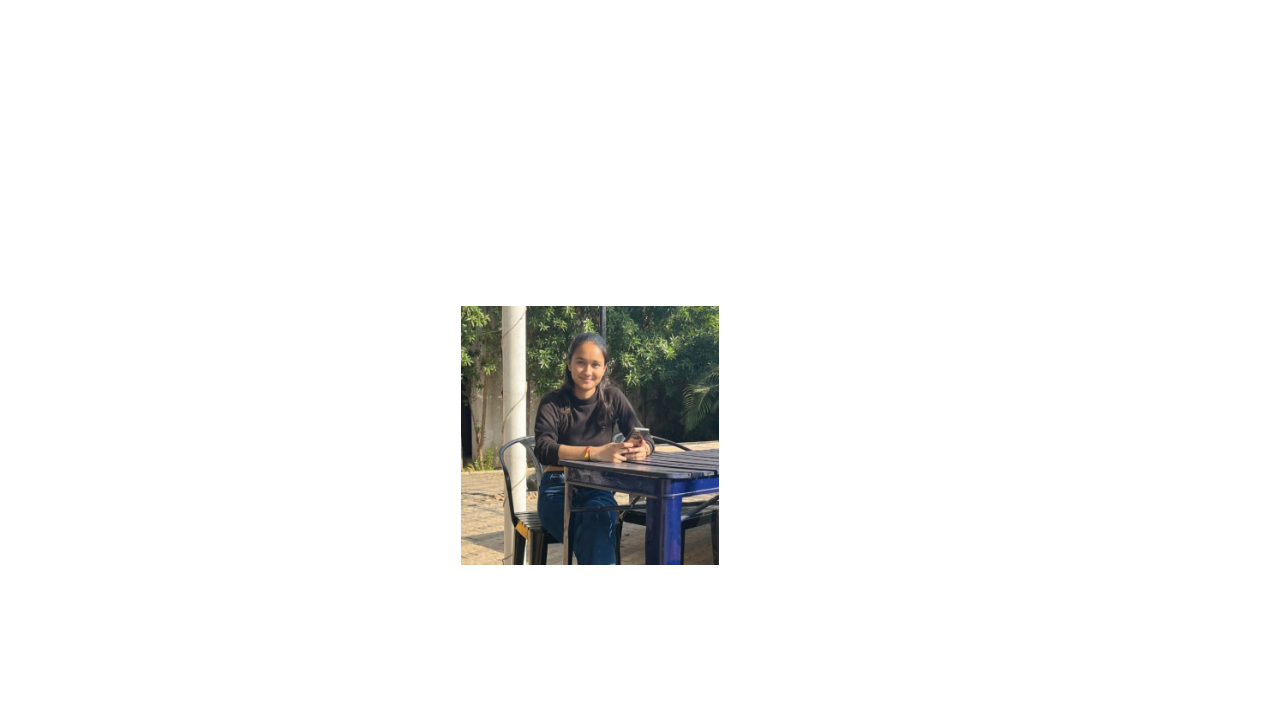
Repository: harshitap1305/Portfolio
Page: /
The author's editor kept a copy of each file at every save. The page is drawn from the files as they stood at one save, then again after the next save.
The browser window is 1280 px wide. The pictures show the whole page.
The project was rebuilt for these pictures with package versions that can differ from the ones it lists, and the page was loaded fresh each time. Also part of the build but not shown: vite.config.js.

Above is the page before, as saved 2025-03-27 17:03:37.

### index.html
<!doctype html>
<html lang="en">
  <head>
    <meta charset="UTF-8" />

    <meta name="viewport" content="width=device-width, initial-scale=1.0" />
    <title>Harshita's Portfolio</title>
  </head>
  <body>
    <div id="root"></div>
    <script type="module" src="/src/main.jsx"></script>
  </body>
</html>

### src/App.jsx
import Home from './Home.jsx'

function App() {


  return (
    <>
      <Home/>
    </>
  )
}

export default App

### src/Home.jsx
import React from 'react'
import harshita from './assets/harshita.png'
import './App.css'
const Home = () => {
  return (
    <>
    <img src={harshita} alt="Harshita Patidar" className='harshita'/>
    <h2 className='name'>Hey, I am Harshita Patidar!</h2>

    </>
  )
}

export default Home

### src/App.css


/* Me */
.harshita {
position: absolute;
width: 258px;
height: 259px;
left: 461px;
top: 305.96px;
}

.name{
font-family: 'Preahvihear';
font-style: normal;
font-weight: 400;
font-size: 50px;
line-height: 63px;
display: flex;
align-items: center;
letter-spacing: 0.02em;
color: #FFFFFF;
}

/* Gradient */
.imgGradient{
position: absolute;
width: 385px;
height: 431px;
left: 385px;
top: 220px;

background: radial-gradient(50% 50% at 50% 50%, #763CAC 0%, rgba(50, 15, 133, 0) 100%);
}

Loaded but not shown: src/main.jsx (common file); src/index.css (common file)

After the next save:
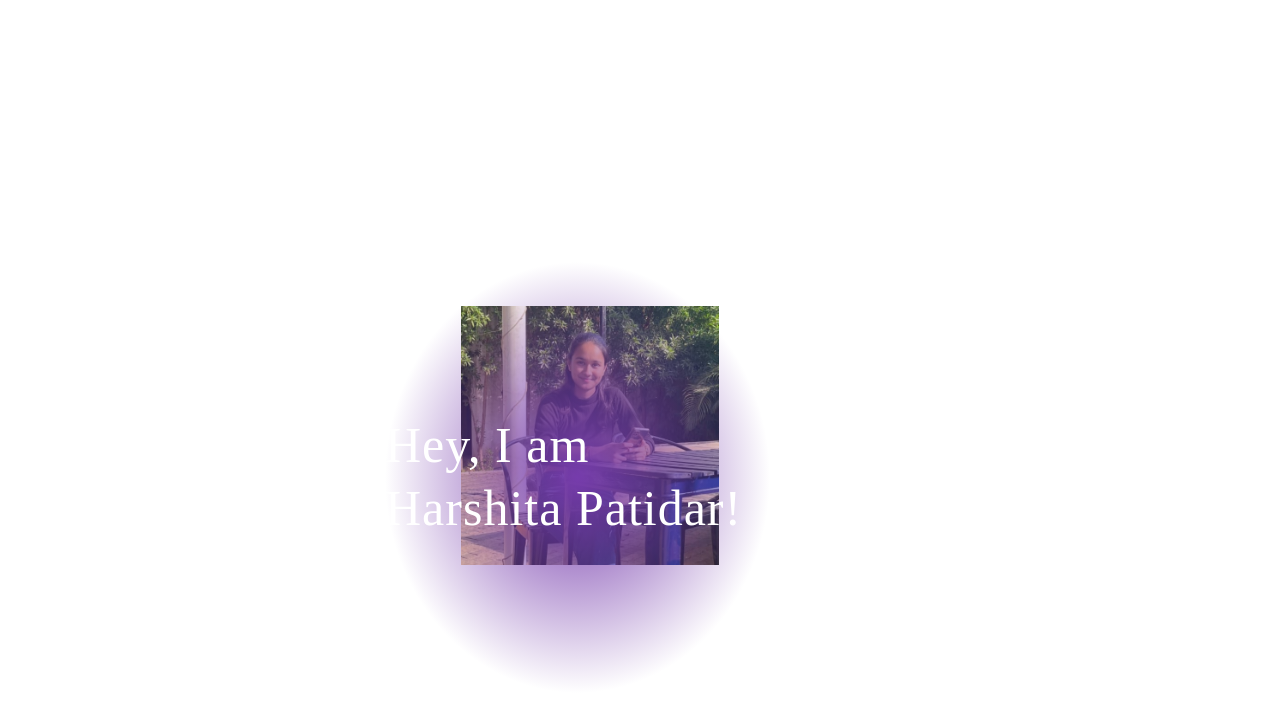
Saved 13 s later.
--- a/src/App.css
+++ b/src/App.css
@@ -22,7 +22,7 @@ color: #FFFFFF;
 }
 
 /* Gradient */
-.imgGradient{
+.name{
 position: absolute;
 width: 385px;
 height: 431px;
